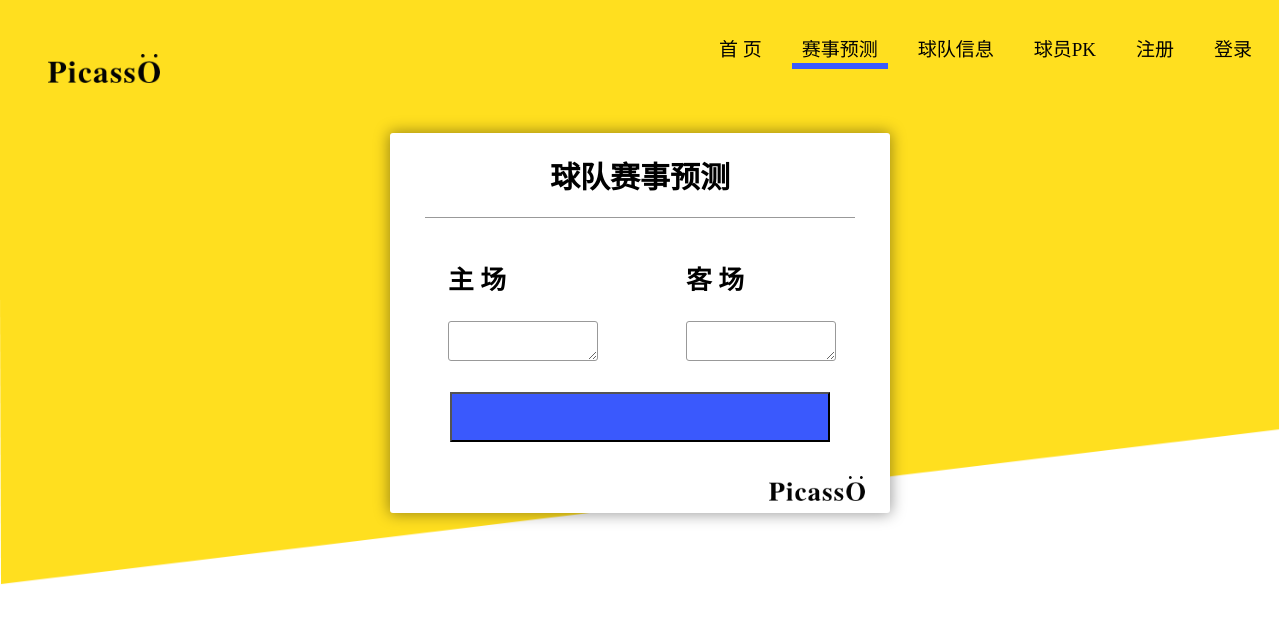
Repository: cciixx/nba-prediction-sys
Page: public/predict.html
An editor plug-in stored every save of this project. The page is shown before and after the next save, followed by the edit.
The browser window is 1280 px wide. The pictures show the whole page.

Above is the page before, as saved 2020-03-25 10:31:15.

### public/predict.html
<!doctype html>
<html>
<head>
<meta charset="utf-8">
<title>NBA预测系统-赛事预测</title>
    <link  href="css/navl.css" rel="stylesheet" type="text/css">
    <link  href="css/predict.css" rel="stylesheet" type="text/css">
	<style>
		body{background-image: url(images/half_yellow.png);}
	</style>
</head>

<body>
    <div class="header">
        <ul class='navl'style="background-color: blueviolet;">
            <li><a href="login.html">登录</a></li>
            <li><a href="register.html">注册</a></li>
            <li><a href="PK_index.html">球员PK</a></li>
            <li><a href="team.html">球队信息</a></li>
            <li style="border-bottom: 6px solid #3a59fd;"><a href="predict.html">赛事预测</a></li>
            <li><a href="first.html">首 页</a></li>
            <img src="images/logo.png">
        </ul>
    </div>

    <div class="wrapper">
        <div class="bg">
            <h2 style="font-size: 30px;">球队赛事预测</h2>
            <div style="overflow: hidden;">
                <div class='box'><h3>主 场</h3><p id="home_p"></p><textarea id="home_n"></textarea></div>
                <div class='box'><h3>客 场</h3><p id="away_p"></p><textarea id="away_n"></textarea></div>
            </div>
            <div style="text-align: center;"><button class="btn" type="submit" id="pred" text="预 测"></div>
            <img src="images/logo.png">
        </div>
    </div>

</body>
</html>

### public/css/navl.css
/* CSS Document */
body{
	background-repeat: no-repeat;
	background-position: top;
	background-size: 100%, 100%;
	background-attachment: fixed;
}
.header{
    overflow: hidden;
}
.btn{
	background: #3a59fd;
	font-family: '方正小标宋简体';
	color: white;
}
.navl ul{
	margin: 30px;
	width: 600px;
	height: 300px;
	color: #030303;
	position: absolute;
	top: 10px;
}
.navl li{
		height: 29px;
		width: fit-content;
		margin: 10px;
		list-style: none;
		float: right;
}
.navl img{
	float: left;
	height: 29px;
}
.navl a{
	margin: 0px 10px;
	color:#030303;
	text-align: left;
	text-decoration: none;
	font-size: 19px;
}
.wrapper{
    width: 100%;
}

### public/css/predict.css
/* CSS Document */
.bg{
	width: 500px;
	height: 380px;
	margin: 50px auto;
	font-size: 26px;
	background: white;
	border: 0 none;
    border-radius: 3px;
    box-shadow: 0 0 15px 1px rgba(0, 0, 0, 0.4);
    box-sizing: border-box;
}
.box{
    font-size: 22px;
    width: 40%;
    float: left;
    margin-left: 38px;
}
h2{
    text-align: center;
    border-bottom: 1px solid #999999;
    padding: 20px;
    margin: 35px;
    margin-bottom: 15px;
}
h3{
    margin-left: 20px;
}
textarea {
    font-size: 20px;
	height:40px;
	width:150px;
	margin-left:20px;
    border: 1px solid #999999;
    border-radius: 3px;
    box-sizing: border-box;
    color: #2C3E50;
}
button{
    font-size: 20px;
    width: 380px;
    height: 50px;
    text-align: center;
    margin-top: 25px;
}

img{
    height: 25px;
    float: right;
    margin-top: 30px;
    margin-right: 25px;
}

After the next save:
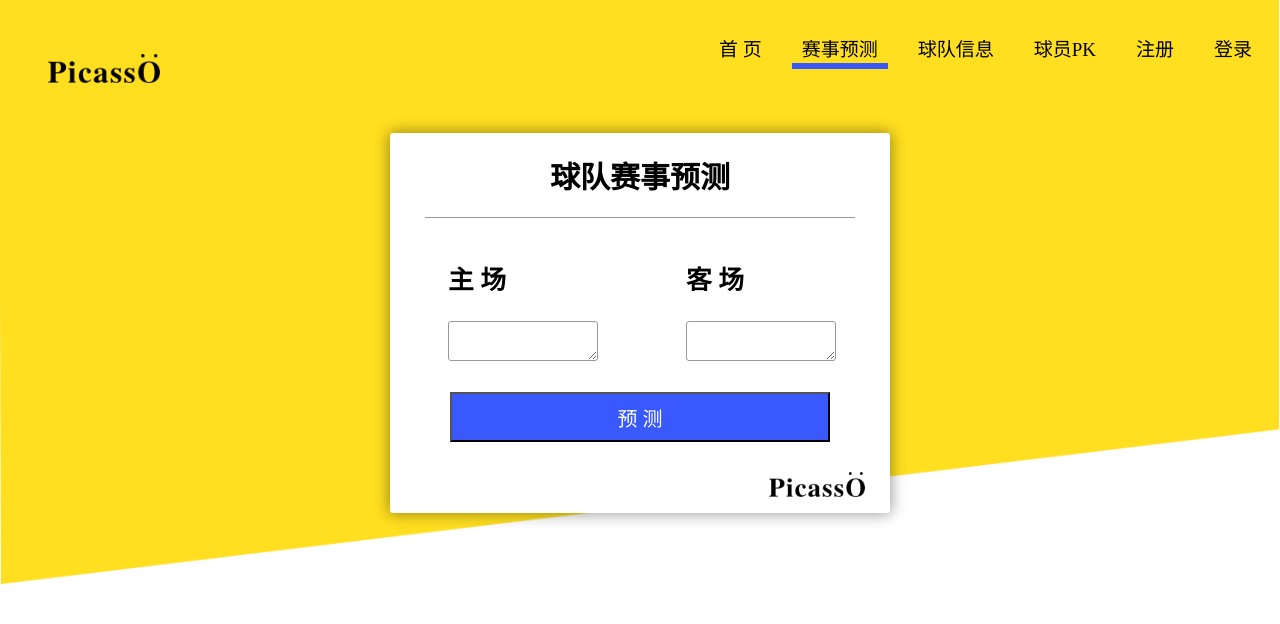
Saved 45 s later.
--- a/public/predict.html
+++ b/public/predict.html
@@ -30,7 +30,7 @@
                 <div class='box'><h3>主 场</h3><p id="home_p"></p><textarea id="home_n"></textarea></div>
                 <div class='box'><h3>客 场</h3><p id="away_p"></p><textarea id="away_n"></textarea></div>
             </div>
-            <div style="text-align: center;"><button class="btn" type="submit" id="pred" text="预 测"></div>
+            <div style="text-align: center;"><input class="btn" type="button" id="pred" value="预 测"></div>
             <img src="images/logo.png">
         </div>
     </div>
--- a/public/css/predict.css
+++ b/public/css/predict.css
@@ -36,7 +36,7 @@ textarea {
     box-sizing: border-box;
     color: #2C3E50;
 }
-button{
+input{
     font-size: 20px;
     width: 380px;
     height: 50px;
